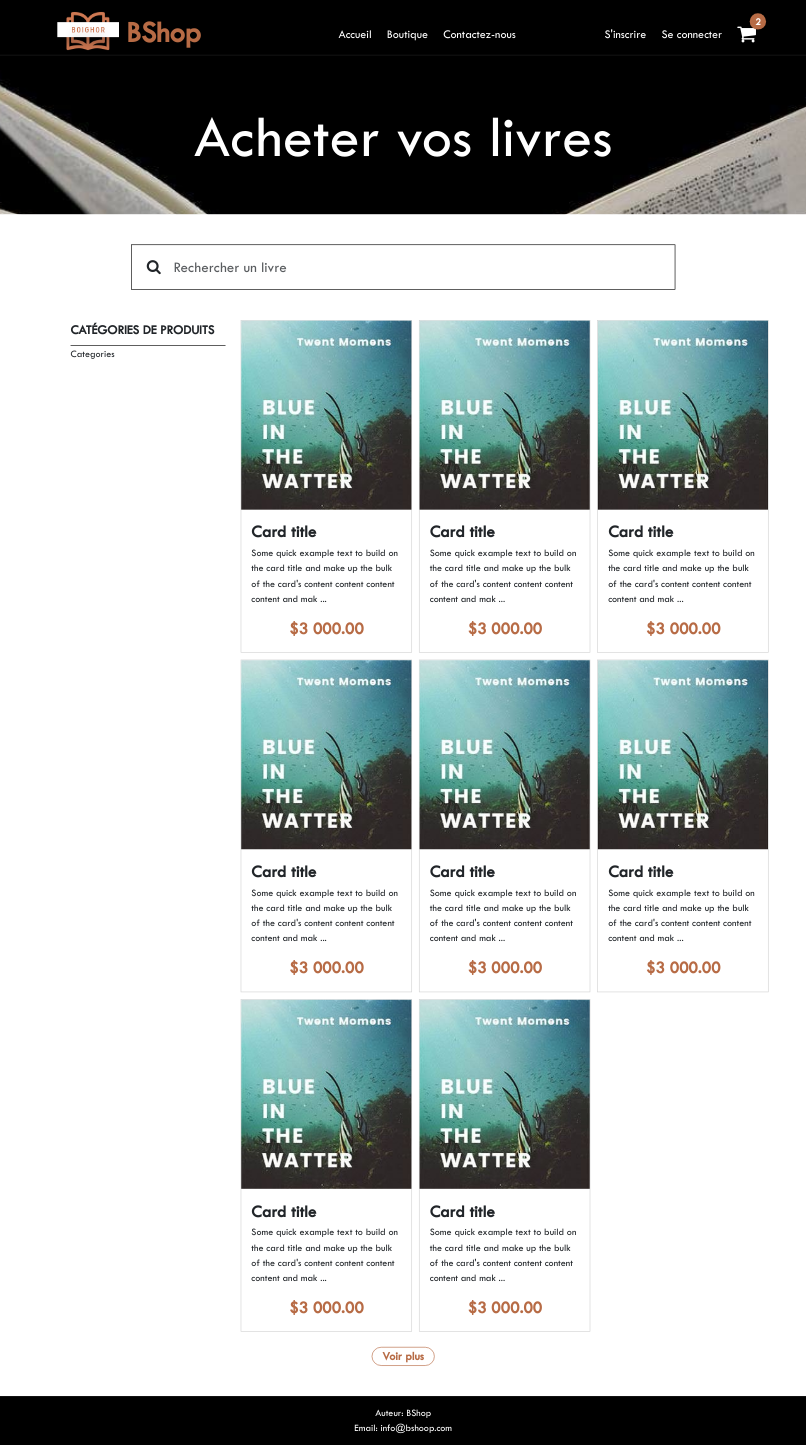
Repository: padevft/e-commerce-php
Page: http://localhost/server/pages/shop.php
These files come from the project's save history. The page is drawn as it stood at one moment and after the next save; the edit follows.
The browser window is 1280 px wide. The pictures show the whole page, at 63% of full size.
The page is run by PHP 8.4 with error messages shown; the project is at /var/www/html/.

Above is the page before, as saved 2023-09-18 12:04:40.

After the next save:
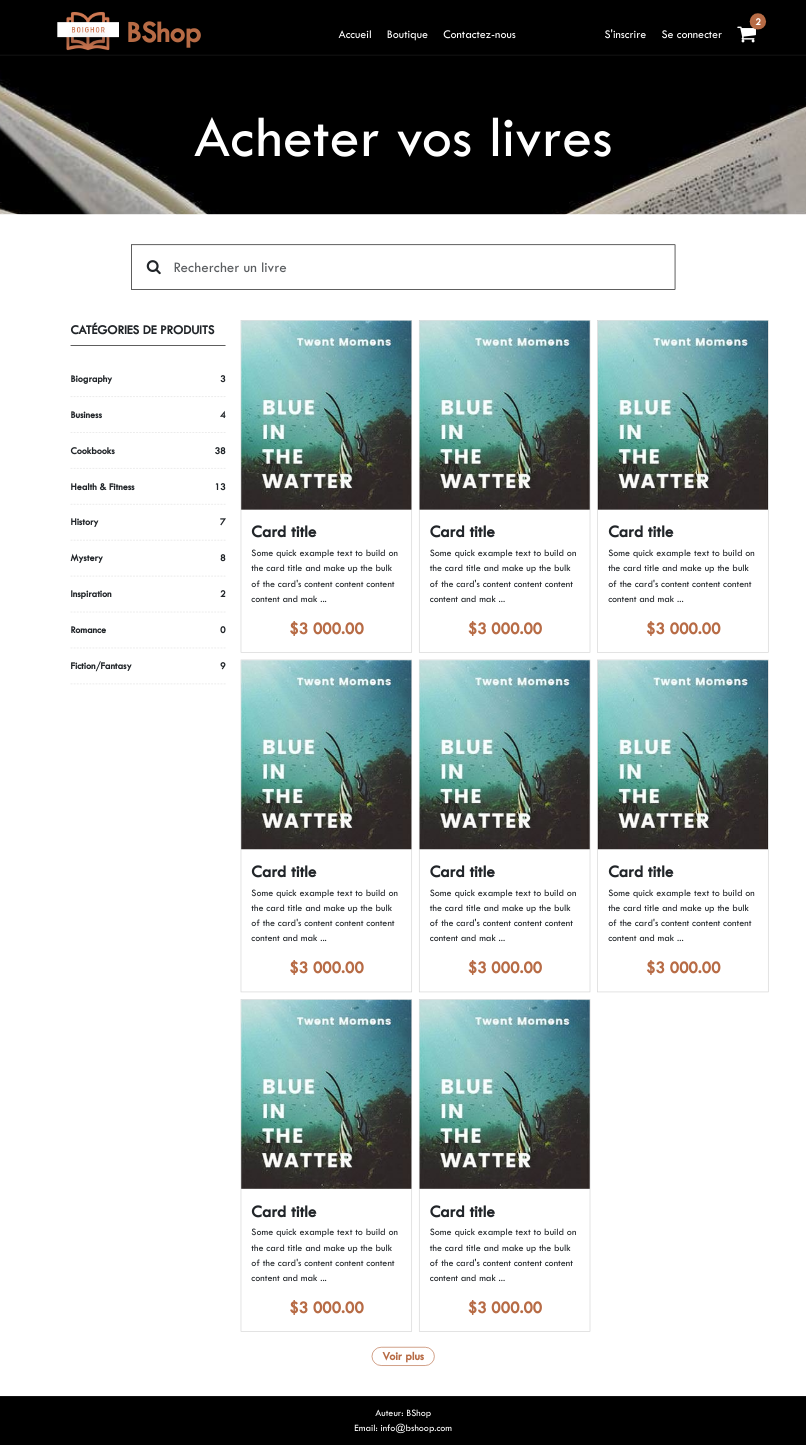
Saved 88 s later.
--- a/server/pages/shop.php
+++ b/server/pages/shop.php
@@ -42,7 +42,11 @@ require_once('../includes/utilitaires.inc.php');
               <div class="container-text-category pb-2">
                 <span class="text-category">CATÉGORIES DE PRODUITS</span>
               </div>
-              <div><span>Categories</span></div>
+              <div class="pt-4">
+                <?php foreach ($categories as $category) : ?>
+                  <?= getHtmlProucutCategory($category) ?>
+                <?php endforeach; ?>
+              </div>
             </div>
             <div class="col-sm-8 col-md-9">
               <div class="grid-products-shop">
